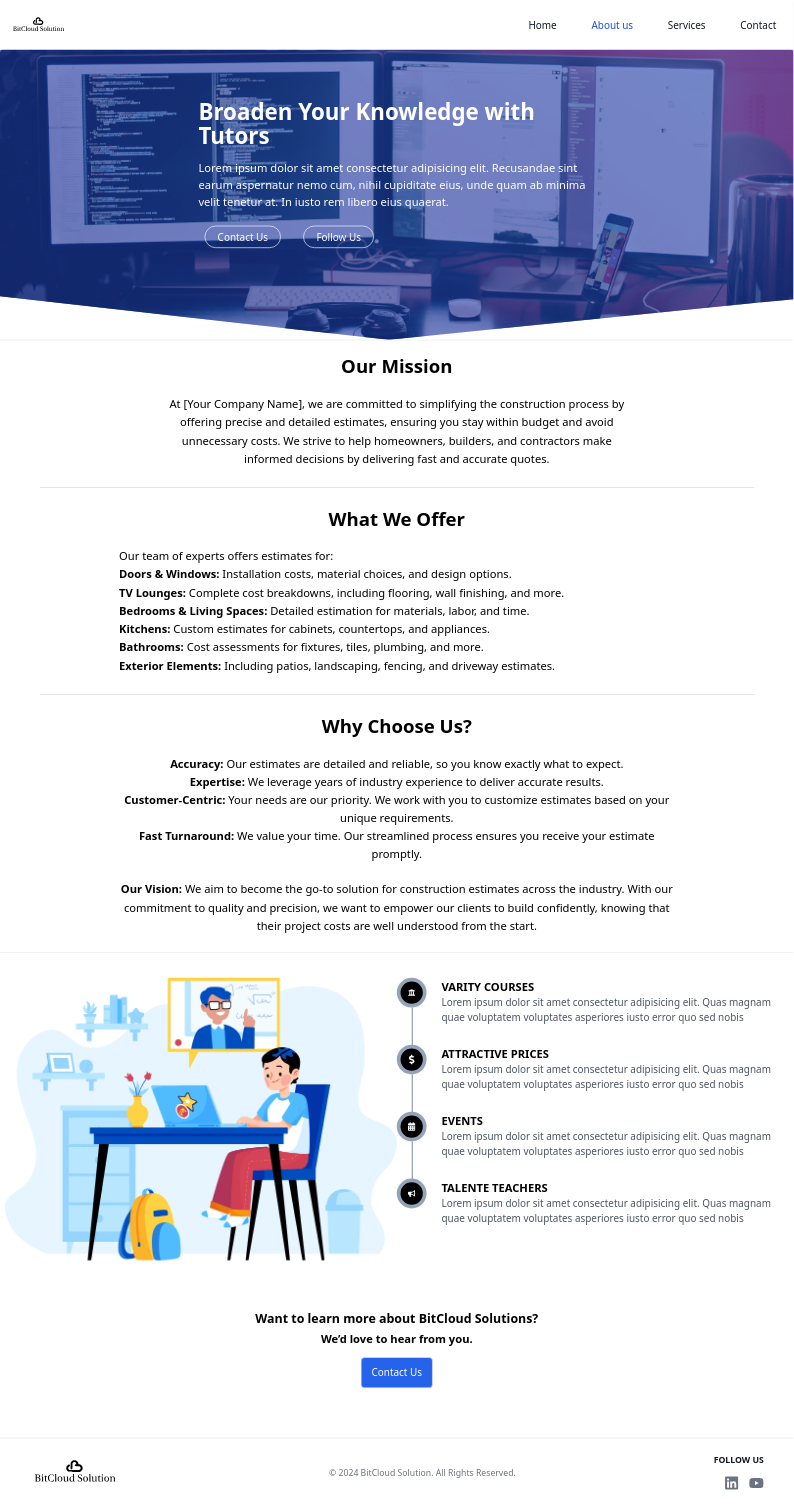
Repository: huzaifaBitCloud/BitCloud-website
Page: /about-us
An editor plug-in stored every save of this project. The page is shown before and after the next save, followed by the edit.
The browser window is 1280 px wide. The pictures show the whole page, at 62% of full size.
The project was rebuilt for these pictures with package versions that can differ from the ones it lists, and the page was loaded fresh each time. The framework's server and built-in components were replaced by stand-ins that run in the browser. Also part of the build but not shown: next.config.mjs.

Above is the page before, as saved 2025-01-14 12:06:28.

### src/app/about-us/page.tsx
import Layout from "@/components/Layout";
import About from "@/components/About";

const AboutPage = () => {
  return (
    <Layout>
      <About />
    </Layout>
  );
};

export default AboutPage;

### src/app/globals.css
@tailwind base;
@tailwind components;
@tailwind utilities;

.custom-cards-ourClient {
  box-shadow: 0px -10px 10px 2px rgba(221, 223, 226, 1);
  border-radius: 15px;
  background: linear-gradient(180deg, #e9f2e4 0%, #f5f7fa 90%);
}
.custom-card-2-achievements {
  box-shadow: 0px -10px 10px 2px rgba(221, 223, 226, 1);
  border-radius: 15px;
  background: linear-gradient(180deg, #f4d9d0 0%, #f5f7fa 90%);
}
.custom-card-3-achievements {
  box-shadow: 0px -10px 10px 2px rgba(221, 223, 226, 1);
  border-radius: 15px;
  background: linear-gradient(180deg, #e7ebf0, #f5f7fa 90%);
}

:root {
  /* --color-primary: #e9f2e4;
    --color-secondary: #f5f7fa;
*/
  --h-100vh: 100vh;
}

/* ABout CSS */

.btn-about {
  display: inline-block;
  margin: 0 0.625rem;
  padding: 0.3125rem 1.25rem;
  border-radius: 1.25rem;
  background: transparent;
  border: solid 0.0625rem #fff;
  position: relative;
  z-index: 9;
}
.main-hero-about {
  clip-path: polygon(
    50% 0%,
    100% 0,
    100% 35%,
    100% 86%,
    49% 100%,
    0 85%,
    0% 35%,
    0 0
  );
}

/* Services */

.zoomIn {
  -webkit-animation-name: zoomIn;
  animation-name: zoomIn;
  -webkit-animation-duration: 1s;
  animation-duration: 1s;
  -webkit-animation-fill-mode: both;
  animation-fill-mode: both;
}
@-webkit-keyframes zoomIn {
  0% {
    opacity: 0;
    -webkit-transform: scale3d(0.3, 0.3, 0.3);
    transform: scale3d(0.3, 0.3, 0.3);
  }
  50% {
    opacity: 1;
  }
}
@keyframes zoomIn {
  0% {
    opacity: 0;
    -webkit-transform: scale3d(0.3, 0.3, 0.3);
    transform: scale3d(0.3, 0.3, 0.3);
  }
  50% {
    opacity: 1;
  }
}

.card-services {
  border-top: 10px solid transparent;
  transition: border-top-color 0.4s, box-shadow 0.4s;
}

.card-services:hover {
  border-top-color: #2563eb;
  box-shadow: 0px 0px 5px rgba(0, 0, 0, 0.75);
}


@media only screen and (max-width: 760px) {
  .main-hero-about {
    clip-path: polygon(
      50% 0%,
      100% 0,
      100% 35%,
      100% 92%,
      49% 100%,
      0 92%,
      0% 35%,
      0 0
    );
  }
  .main-hero-about {
    height: var(--h-100vh) !important;
  }
  .sub-hero-about {
    text-align: center !important;
    margin: 0 auto !important;
  }
  .mob-btn-about {
    justify-content: center;
  }
  .mob-nav-style{
    position: absolute;
    top: 76%;
    left: 0;
  }
}

### src/components/Layout.tsx
import React from "react";
import { ReactNode } from "react";

import { Navbar } from "./Navbar";
import Footer from "./Footer";

interface LayoutProps {
  children: ReactNode;
}

const Layout = ({children}: LayoutProps) => {
  return (
    <div>
      <Navbar />
      <div className="">{children}</div>
      <Footer />
    </div>
  );
};

export default Layout;

### src/components/About.tsx
"use client";
import { useRouter } from "next/navigation";
import React from "react";
import WhyChooseUs from "./WhyChooseUs";

const About = () => {
  const router = useRouter();

  return (
    <section id="about" className=" w-[100%] mx-auto mb-6">
      {/* HEADINGS */}
      <div
        className="relative text-white text-center py-20 rounded-md bg-cover bg-center lg:h-[65vh] md:h-[70vh] main-hero-about"
        style={{
          backgroundImage: "url('/images/web-developer.jpg')",
        }}
      >
        {/* Overlay */}
        <div className="absolute inset-0 bg-blue-800 bg-opacity-60"></div>

        {/* Content */}
        <div className="relative z-10 sm:w-[100%] md:w-[80%] lg:w-[50%] mx-auto text-left sub-hero-about">
          <h2 className="text-4xl font-bold mb-4">
            Broaden Your Knowledge with Tutors
          </h2>
          <p className="mb-6 text-lg">
            Lorem ipsum dolor sit amet consectetur adipisicing elit. Recusandae
            sint earum aspernatur nemo cum, nihil cupiditate eius, unde quam ab
            minima velit tenetur at. In iusto rem libero eius quaerat.
          </p>
          <div className="flex mob-btn-about gap-4">
            <button
              className="btn-about border border-white px-6 py-2 rounded-md hover:bg-white hover:text-blue-800 transition"
              onClick={() => router.push("/contact")}
            >
              Contact Us
            </button>
            <button
              className="btn-about border border-white px-6 py-2 rounded-md hover:bg-white hover:text-blue-800 transition"
              onClick={() =>
                router.push(
                  "https://www.linkedin.com/company/bitcloud-solution-software/"
                )
              }
            >
              Follow Us
            </button>
          </div>
        </div>
      </div>
      <hr />

      {/* <div className="mt-5 px-2">
        <h2 className="text-3xl font-bold my-6">Our Mission</h2>
        <p className="my-7">
          At [Your Company Name], we are committed to simplifying the
          construction process by offering precise and detailed estimates,
          ensuring you stay within budget and avoid unnecessary costs. We strive
          to help homeowners, builders, and contractors make informed decisions
          by delivering fast and accurate quotes.
        </p>

        <hr />
        <h2 className="text-3xl font-bold text-left my-6">What We Offer</h2>
        <p className="my-7">
          Our team of experts offers estimates for: Doors & Windows:
          Installation costs, material choices, and design options. TV Lounges:
          Complete cost breakdowns, including flooring, wall finishing, and
          more. Bedrooms & Living Spaces: Detailed estimation for materials,
          labor, and time. Kitchens: Custom estimates for cabinets, countertops,
          and appliances. Bathrooms: Cost assessments for fixtures, tiles,
          plumbing, and more. Exterior Elements: Including patios, landscaping,
          fencing, and driveway estimates.
        </p>
        <hr />
        <h2 className="text-3xl font-bold ">Why Choose Us?</h2>
        <p className="my-7 w-[85%]">
          Accuracy: Our estimates are detailed and reliable, so you know exactly
          what to expect. Expertise: We leverage years of industry experience to
          deliver accurate results. Customer-Centric: Your needs are our
          priority. We work with you to customize estimates based on your unique
          requirements. Fast Turnaround: We value your time. Our streamlined
          process ensures you receive your estimate promptly. Our Vision We aim
          to become the go-to solution for construction estimates across the
          industry. With our commitment to quality and precision, we want to
          empower our clients to build confidently, knowing that their project
          costs are well understood from the start.
        </p>
      </div> */}

      <div className="mt-5 px-4 sm:px-6 md:px-10 lg:px-16">
        {/* Our Mission */}
        <div className="text-center">
          <h2 className="text-3xl font-bold my-6">Our Mission</h2>
          <p className="my-7 text-lg leading-relaxed max-w-3xl mx-auto">
            At [Your Company Name], we are committed to simplifying the
            construction process by offering precise and detailed estimates,
            ensuring you stay within budget and avoid unnecessary costs. We
            strive to help homeowners, builders, and contractors make informed
            decisions by delivering fast and accurate quotes.
          </p>
        </div>

        <hr className="my-8 border-gray-300" />

        {/* What We Offer */}
        <div className="text-center">
          <h2 className="text-3xl font-bold my-6">What We Offer</h2>
          <p className="my-7 text-lg leading-relaxed max-w-4xl mx-auto text-justify">
            Our team of experts offers estimates for:
            <br />
            <strong>Doors & Windows:</strong> Installation costs, material
            choices, and design options.
            <br />
            <strong>TV Lounges:</strong> Complete cost breakdowns, including
            flooring, wall finishing, and more.
            <br />
            <strong>Bedrooms & Living Spaces:</strong> Detailed estimation for
            materials, labor, and time.
            <br />
            <strong>Kitchens:</strong> Custom estimates for cabinets,
            countertops, and appliances.
            <br />
            <strong>Bathrooms:</strong> Cost assessments for fixtures, tiles,
            plumbing, and more.
            <br />
            <strong>Exterior Elements:</strong> Including patios, landscaping,
            fencing, and driveway estimates.
          </p>
        </div>

        <hr className="my-8 border-gray-300" />

        {/* Why Choose Us */}
        <div className="text-center">
          <h2 className="text-3xl font-bold my-6">Why Choose Us?</h2>
          <p className="my-7 text-lg leading-relaxed max-w-4xl mx-auto">
            <strong>Accuracy:</strong> Our estimates are detailed and reliable,
            so you know exactly what to expect.
            <br />
            <strong>Expertise:</strong> We leverage years of industry experience
            to deliver accurate results.
            <br />
            <strong>Customer-Centric:</strong> Your needs are our priority. We
            work with you to customize estimates based on your unique
            requirements.
            <br />
            <strong>Fast Turnaround:</strong> We value your time. Our
            streamlined process ensures you receive your estimate promptly.
          </p>
          <p className="my-7 text-lg leading-relaxed max-w-4xl mx-auto">
            <strong>Our Vision:</strong> We aim to become the go-to solution for
            construction estimates across the industry. With our commitment to
            quality and precision, we want to empower our clients to build
            confidently, knowing that their project costs are well understood
            from the start.
          </p>
        </div>
      </div>

      <hr />
      <div className="my-10 ">
        <WhyChooseUs />
      </div>
      <div className="text-center my-20">
        <h3 className="text-xl font-bold">
          Want to learn more about BitCloud Solutions?
        </h3>
        <p className="text-lg font-semibold mt-1">
          We’d love to hear from you.
        </p>
        <button
          className="border bg-blue-600 px-4 py-3 rounded-md text-white hover:bg-blue-700 mt-4"
          onClick={() => router.push("/contact")}
        >
          Contact Us
        </button>
      </div>
    </section>
  );
};

export default About;

### src/components/Navbar.tsx
"use client";
import Image from "next/image";
import Link from "next/link";
import { usePathname } from "next/navigation";
import React, { useState } from "react";

export const Navbar = () => {
  const [menu, setMenu] = useState(false);
  const [servicesDropdown, setServicesDropdown] = useState(false);
  const pathname = usePathname();

  const links = [
    { href: "/", label: "Home" },
    { href: "/about-us", label: "About us" },
    { label: "Services", dropdown: true },
    { href: "/contact", label: "Contact" },
  ];

  const servicesLinks = [
    { href: "/web-development", label: "Web Development" },
    { href: "/mob-development", label: "Mobile Development" },
    { href: "/services/service3", label: "UI/UX Design" },
    { href: "/zoho-crm", label: "Zoho CRM" },
    { href: "/finance-account", label: "Finances & Accounting" },
  ];

  const isActive = (href) => pathname === href;

  return (
    <nav className="border-gray-200 bg-white shadow-md dark:bg-gray-900 dark:border-gray-700">
      <div className="max-w-screen-xl flex flex-wrap items-center justify-between mx-auto p-4 relative">
        <Link href="/" passHref>
          <div className="relative w-24 h-12 cursor-pointer flex items-center space-x-3">
            <Image
              src="/images/logo.svg"
              alt="BitCloud Logo"
              fill
              sizes="(max-width: 768px) 100px, (max-width: 1200px) 50vw, 33vw"
              className="object-contain"
            />
          </div>
        </Link>

        <button
          type="button"
          data-collapse-toggle="navbar-dropdown"
          className="inline-flex items-center p-2 w-10 h-10 justify-center text-sm text-gray-500 rounded-lg md:hidden hover:bg-gray-100 dark:hover:bg-gray-700"
          aria-controls="navbar-dropdown"
          aria-expanded={menu}
          onClick={() => setMenu(!menu)}
        >
          <svg
            className="w-5 h-5"
            aria-hidden="true"
            xmlns="http://www.w3.org/2000/svg"
            fill="none"
            viewBox="0 0 17 14"
          >
            <path
              stroke="currentColor"
              strokeLinecap="round"
              strokeLinejoin="round"
              strokeWidth="2"
              d="M1 1h15M1 7h15M1 13h15"
            />
          </svg>
        </button>

        <div
          className={`${menu ? "block" : "hidden"} w-full md:block md:w-auto mob-nav-style`}
          id="navbar-dropdown"
        >
          <ul className="flex flex-col font-medium p-4 md:p-0 mt-4 border border-gray-100 rounded-lg bg-gray-50 md:flex-row md:space-x-8 md:mt-0 md:border-0 md:bg-white dark:bg-gray-800">
            {links.map(({ href, label, dropdown }) => (
             <li
             key={label}
             className="relative"
             onMouseEnter={dropdown ? () => setServicesDropdown(true) : null}
             onMouseLeave={dropdown ? () => setServicesDropdown(false) : null}
           >
             {dropdown ? (
               <span
                 className="block py-2 px-3 rounded cursor-pointer text-gray-900 dark:text-white"
               >
                 {label}
               </span>
             ) : (
               <Link href={href} passHref>
                 <span
                   className={`block py-2 px-3 rounded cursor-pointer ${
                     isActive(href)
                       ? "text-blue-700 dark:text-blue-500"
                       : "text-gray-900 dark:text-white"
                   }`}
                 >
                   {label}
                 </span>
               </Link>
             )}
             {dropdown && servicesDropdown && (
               <div className="z-50 absolute left-0 top-full w-48 bg-white border border-gray-200 shadow-lg rounded-lg">
                 <ul className="py-2 text-sm text-gray-700 dark:text-gray-400">
                   {servicesLinks.map(({ href, label }) => (
                     <li key={href}>
                       <Link href={href} passHref>
                         <span
                           onClick={() => setServicesDropdown(false)}
                           className="block px-4 py-2 hover:bg-gray-100 dark:hover:bg-gray-600 dark:hover:text-white"
                         >
                           {label}
                         </span>
                       </Link>
                     </li>
                   ))}
                 </ul>
               </div>
             )}
           </li>
            ))}
          </ul>
        </div>
      </div>
    </nav>
  );
};

export default Navbar;

### src/components/Footer.tsx
// import Link from "next/link";
// import { FaLinkedin, FaYoutube } from "react-icons/fa";

// const Footer = () => {
//   const currentYear = new Date().getFullYear(); // Get the current year dynamically

//   return (
//     <footer className="bg-white dark:bg-gray-900 border-t w-full">
//       <div className="container mx-auto px-4 py-6">
//         <div className="flex flex-col md:flex-row md:items-center md:justify-between">
//           {/* Logo Section */}
//           <div className="flex items-center mb-4 md:mb-0 py-6">
//             <img
//               src="/images/logo.svg"
//               alt="BitCloud Logo"
//               className="h-14 mr-3 md:ml-4"
//             />
//           </div>

//           {/* Rights Section */}
//           <div className="text-center mb-4 md:mb-0">
//             <span className="text-sm text-gray-500 dark:text-gray-400">
//               © {currentYear}{" "}
//               <Link
//                 href="https://bitcloudsolution.com/"
//                 className="hover:underline"
//               >
//                 BitCloud Solution
//               </Link>
//               . All Rights Reserved.
//             </span>
//           </div>

//           {/* Follow Us Section */}
//           <div className="flex flex-col items-center md:items-end">
//             <h2 className="mb-4 text-sm font-semibold text-gray-900 uppercase dark:text-white">
//               Follow Us
//             </h2>
//             <div className="flex space-x-4">
//               <Link
//                 href="https://www.linkedin.com/company/bitcloud-solution-software/"
//                 aria-label="LinkedIn"
//                 className="text-gray-500 hover:text-blue-600 dark:hover:text-blue-400"
//               >
//                 <FaLinkedin className="w-6 h-6" />
//               </Link>
//               <Link
//                 href="http://www.youtube.com/@BitCloudSolution"
//                 aria-label="YouTube"
//                 className="text-gray-500 hover:text-red-600 dark:hover:text-red-400"
//               >
//                 <FaYoutube className="w-6 h-6" />
//               </Link>
//             </div>
//           </div>
//         </div>
//       </div>
//     </footer>
//   );
// };

// export default Footer;

import Link from "next/link";
import { FaLinkedin, FaYoutube } from "react-icons/fa";

const Footer = () => {
  const currentYear = new Date().getFullYear(); // Get the current year dynamically

  return (
    <footer className="bg-white dark:bg-gray-900 border-t w-full">
      <div className="container mx-auto px-6 py-6">
        <div className="flex flex-col items-center md:flex-row md:justify-between">
          {/* Logo Section */}
          <div className="flex items-center mb-4 md:mb-0 md:ml-6">
            <Link href='/'>
            <img
              src="/images/logo.svg"
              alt="BitCloud Logo"
              className="h-14 mr-3"
            />
            </Link>
          </div>

          {/* Rights Section */}
          <div className="text-center mb-4 md:mb-0">
            <span className="text-sm text-gray-500 dark:text-gray-400">
              © {currentYear}{" "}
              <Link
                href="https://bitcloudsolution.com/"
                className="hover:underline"
              >
                BitCloud Solution
              </Link>
              . All Rights Reserved.
            </span>
          </div>

          {/* Follow Us Section */}
          <div className="flex flex-col items-center md:items-end md:mr-6">
            <h2 className="mb-4 text-sm font-semibold text-gray-900 uppercase dark:text-white">
              Follow Us
            </h2>
            <div className="flex space-x-4">
              <Link
                href="https://www.linkedin.com/company/bitcloud-solution-software/"
                aria-label="LinkedIn"
                className="text-gray-500 hover:text-blue-600 dark:hover:text-blue-400"
              >
                <FaLinkedin className="w-6 h-6" />
              </Link>
              <Link
                href="http://www.youtube.com/@BitCloudSolution"
                aria-label="YouTube"
                className="text-gray-500 hover:text-red-600 dark:hover:text-red-400"
              >
                <FaYoutube className="w-6 h-6" />
              </Link>
            </div>
          </div>
        </div>
      </div>
    </footer>
  );
};

export default Footer;

### src/components/WhyChooseUs.tsx
import React from "react";
import {
  FaUniversity,
  FaDollarSign,
  FaCalendarAlt,
  FaBullhorn,
} from "react-icons/fa";

const WhyChooseUs = () => {
  const steps = [
    {
      icon: <FaUniversity />,
      title: "VARITY COURSES",
      description:
        "Lorem ipsum dolor sit amet consectetur adipisicing elit. Quas magnam quae voluptatem voluptates asperiores iusto error quo sed nobis",
    },
    {
      icon: <FaDollarSign />,
      title: "ATTRACTIVE PRICES",
      description:
        "Lorem ipsum dolor sit amet consectetur adipisicing elit. Quas magnam quae voluptatem voluptates asperiores iusto error quo sed nobis",
    },
    {
      icon: <FaCalendarAlt />,
      title: "EVENTS",
      description:
        "Lorem ipsum dolor sit amet consectetur adipisicing elit. Quas magnam quae voluptatem voluptates asperiores iusto error quo sed nobis",
    },
    {
      icon: <FaBullhorn />,
      title: "TALENTE TEACHERS",
      description:
        "Lorem ipsum dolor sit amet consectetur adipisicing elit. Quas magnam quae voluptatem voluptates asperiores iusto error quo sed nobis",
    },
  ];

  return (
    <div className="w-[100%] mx-auto mt-6">

      <div className="grid lg:grid-cols-2 xs:grid-cols-1 mx-2">
        <div>
          <img src="/images/about-us.jpg" alt="About us" />
        </div>
        <div className="flex flex-col items-start mx-auto h-[100%]">
          {steps.map((step, index) => (
            <div key={index} className="flex items-start mb-8 relative">
              {/* Vertical Line */}
              {index !== steps.length - 1 && (
                <span className="absolute left-6 top-12 h-20 w-0.5 bg-slate-400"></span>
              )}

              {/* Icon in a circle */}
              <div className="flex justify-center items-center w-12 h-12 p-3 rounded-full bg-black text-white border-[6px] border-slate-400">
                {step.icon}
              </div>

              {/* Title and Description */}
              <div className="ml-6">
                <h3 className="text-lg font-bold">{step.title}</h3>
                <p className="text-gray-600">{step.description}</p>
              </div>
            </div>
          ))}
        </div>
      </div>
    </div>
  );
};

export default WhyChooseUs;

Loaded but not shown: src/app/layout.tsx (common file); tailwind.config.ts (common file)

After the next save:
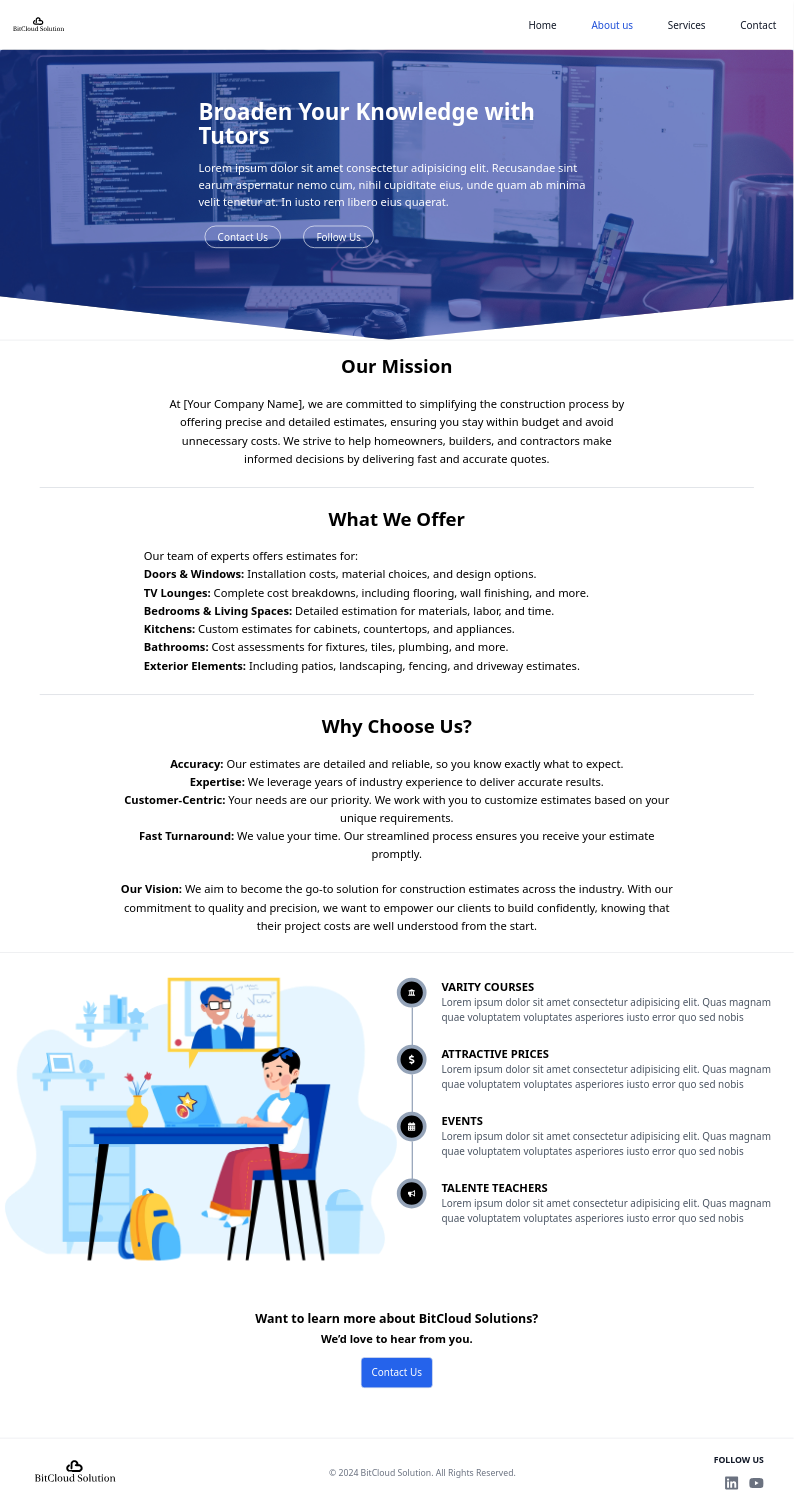
Saved 41 s later.
--- a/src/components/About.tsx
+++ b/src/components/About.tsx
@@ -106,7 +106,7 @@
         {/* What We Offer */}
         <div className="text-center">
           <h2 className="text-3xl font-bold my-6">What We Offer</h2>
-          <p className="my-7 text-lg leading-relaxed max-w-4xl mx-auto text-justify">
+          <p className="my-7 text-lg leading-relaxed max-w-4xl mx-auto text-justify pl-10">
             Our team of experts offers estimates for:
             <br />
             <strong>Doors & Windows:</strong> Installation costs, material
